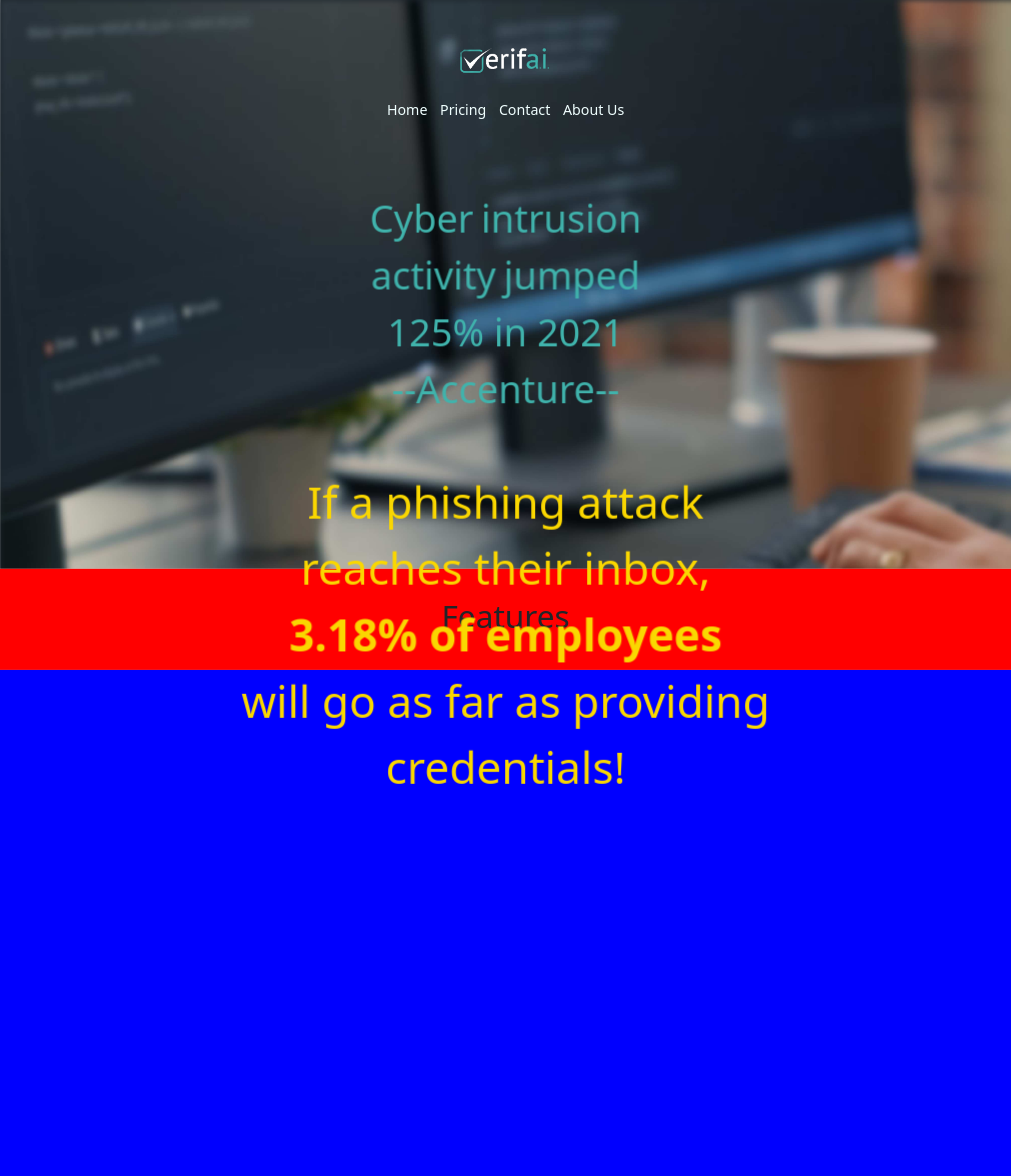
Repository: Ali-VB/verif-website
Page: /
An editor plug-in stored every save of this project. The page is shown before and after a run of saves, followed by the edit.
The browser window is 1280 px wide. The pictures show the whole page, at 79% of full size.
The project was rebuilt for these pictures with package versions that can differ from the ones it lists, and the page was loaded fresh each time.

Above is the page before, as saved 2022-04-19 10:06:47.

### src/index.css
 body {
  margin: 0;
  padding: 0;
  font-family: -apple-system, BlinkMacSystemFont, 'Segoe UI', 'Roboto', 'Oxygen',
    'Ubuntu', 'Cantarell', 'Fira Sans', 'Droid Sans', 'Helvetica Neue',
    sans-serif;
  -webkit-font-smoothing: antialiased;
  -moz-osx-font-smoothing: grayscale;
}

/* code {
  font-family: source-code-pro, Menlo, Monaco, Consolas, 'Courier New',
    monospace;
}  */

### src/App.js
import React from "react";
import './App.css'
import Navbar from './components/Navbar/Navbar';
import Features from './components/Features/Features'
import Header from './components/Header/Header'


function App() {
  return (
    <div>
      <div className="nav-bg">
        <Navbar />
        <Header />

      </div>
       <Features />
    </div>

  );
}

export default App;

### src/App.css

.nav-bg{
    background-image: url("./Assets/imgs/nav-bg.png");
    height: 100vh;
}

### src/components/Navbar/Navbar.jsx
import React from "react";
import "./Navbar.css";
import verifLogo from "../../Assets/imgs/logo_verif_white.png";
import Header from "../Header/Header";

function Navbar() {
  return (
    <div className="container">
      <div className=" navbar">
        <img className="verif-logo" src={verifLogo} alt="verif-logo" />
        <ul className="navLink">
          <li>Home</li>
          <li>Pricing</li>
          <li>Contact</li>
          <li>About Us</li>
        </ul>
      </div>
    </div>
  );
}

export default Navbar;

### src/components/Features/Features.jsx
import React from 'react'
import './Features.css'
const Features = () => {
  return (
    <div>
      <div className="features-title-section">
        <h1 className="features-title">Features</h1>
      </div>
      <div className="features-section">

      </div>
    </div>
  )
}

export default Features

### src/components/Header/Header.jsx
import React from "react";
import "./Header.css";

export default function Header() {
  return (
    <div className="header-animated">
      <div className="text-first">
        <span className="text-first-span">Cyber</span>
        <span className="text-first-span">intrusion</span>
        <span className="text-first-span">activity</span>
        <span className="text-first-span">jumped</span>
        <span className="text-first-span">125% in 2021</span>
        <span className="text-first-span">--Accenture--</span>
      </div>
      <div className="text-second">
        <span className="text-second-span">If a phishing attack reaches their inbox,</span>
        <span className="text-second-span">3.18% of employees</span>
        <span className="text-second-span">
          will go as far as providing credentials!
        </span>
      </div>
    </div>
  );
}

### src/components/Navbar/Navbar.css

.navbar{
    display: flex;
    flex-direction: column;
    justify-content: center;
    height:10rem;
}
.verif-logo{
    width: 8rem;
    margin-top: 3rem;
}
.verif-logo:hover{
    cursor: pointer;
}
.navLink{
    margin: 0;
    padding:0;
    list-style-type: none;
    display: flex;
    color: azure;
    font-size: 18px;
    gap: 1rem;

}
.navLink:hover{
    cursor: pointer;
}

### src/components/Features/Features.css
.features-title-section{
    height: 8rem;
    background-color: red;
    display: flex;
    justify-content: center;
    align-items: center;
}
.features-title{

}
.features-section{
    height: 40rem;
    background-color: blue;
}

### src/components/Header/Header.css
.header-animated{
    overflow-wrap:break-word;
    margin:0 auto;
    padding: 3rem 5rem;
}

.text-first {
    padding: 2rem 2rem;
    color: #40B3AC;
    font-size:3rem;
    width: 40%;
    margin: 0 auto;
    text-align: center;
    transform: scale(0.94);
    animation: scale 2s forwards cubic-bezier(0.5, 1, 0.89, 1);
  }
.text-second {
    padding: 2rem 2rem;
    color: #FAD700;
    font-size:3.5rem;
    width: 70%;
    margin: 0 auto;
    text-align: center;
    transform: scale(0.94);
    animation: scale 3s forwards cubic-bezier(0.5, 1, 0.89, 1);
  }
  @keyframes scale {
    100% {
      transform: scale(1);
    }
  }

  .text-first-span {
    display: inline-block;
    opacity: 0;
    filter: blur(4px);
  }

  .text-first-span:nth-child(1) {
    animation: fade-in 1s 0.1s forwards cubic-bezier(0.11, 0, 0.5, 0);
    margin: 0 0.3rem;
  }

  .text-first-span:nth-child(2) {
    animation: fade-in 1s 0.3s forwards cubic-bezier(0.11, 0, 0.5, 0);
    margin: 0 0.3rem;
  }

  .text-first-span:nth-child(3) {
    animation: fade-in 1s 0.5s forwards cubic-bezier(0.11, 0, 0.5, 0);
    margin: 0 0.3rem;
  }

  .text-first-span:nth-child(4) {
    animation: fade-in 1s 0.7s forwards cubic-bezier(0.11, 0, 0.5, 0);
    margin: 0 0.3rem;
  }

  .text-first-span:nth-child(5) {
    animation: fade-in 1s 0.9s forwards cubic-bezier(0.11, 0, 0.5, 0);
    margin: 0 0.3rem;
  }
  .text-first-span:nth-child(6) {
    animation: fade-in 1s 0.9s forwards cubic-bezier(0.11, 0, 0.5, 0);
    margin: 0 0.3rem;
  }

  .text-second-span {
    display: inline-block;
    opacity: 0;
    filter: blur(4px);
  }

  .text-second-span:nth-child(1) {
    animation: fade-in 1.2s 2.2s forwards cubic-bezier(0.11, 0, 0.5, 0);
    margin: 0 0.3rem;
  }

  .text-second-span:nth-child(2) {
    animation: fade-in 1.8s 2.6s forwards cubic-bezier(0.11, 0, 0.5, 0);
    margin: 0 0.3rem;
    font-weight: bolder;
  }

  .text-second-span:nth-child(3) {
    animation: fade-in 1.2s 3.6s forwards cubic-bezier(0.11, 0, 0.5, 0);
    margin: 0 0.3rem;
  }


  @keyframes fade-in {
    100% {
      opacity: 1;
      filter: blur(0);
    }
  }

  @media only screen and (max-width: 992px) {
    .text-first {
        margin-top: 3rem;
        margin-bottom: 2rem;
        padding: 0.1rem 0.1rem;
        width: 90%;
        font-size:3.5rem;


      }
      .text-second {
        padding: 0.1rem 0.1rem;
        width: 90%;
        font-size:4rem;

      }
  }

  @media only screen and (max-width: 768px) {
    .text-first {
        margin-top: 4.5rem;
        margin-bottom: 3rem;
        padding: 0.1rem 0.1rem;
        width: 90%;
        font-size:1.5rem;


      }
    .text-second {
        padding: 0.1rem 0.1rem;
        width: 90%;
        font-size:2.1rem;

      }
  }

Loaded but not shown: public/index.html (common file); src/index.js (common file); src/reportWebVitals.js (common file)

After the next 2 saves:
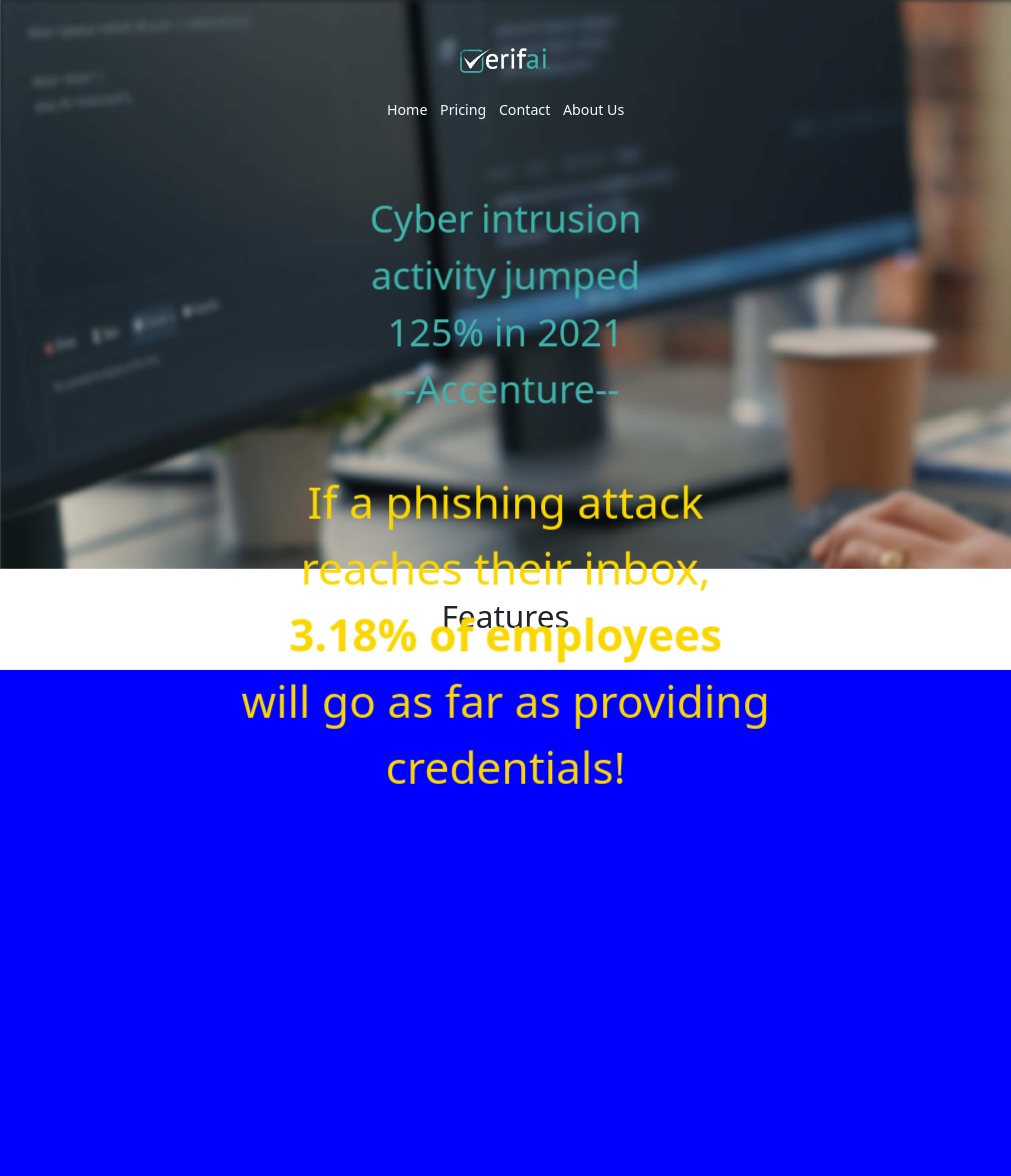
The 2 saves are shown as one change because they came seconds apart.
The last was saved 20 s later.
--- a/src/components/Features/Features.css
+++ b/src/components/Features/Features.css
@@ -1,6 +1,6 @@
 .features-title-section{
     height: 8rem;
-    background-color: red;
+    background-color: #;
     display: flex;
     justify-content: center;
     align-items: center;
